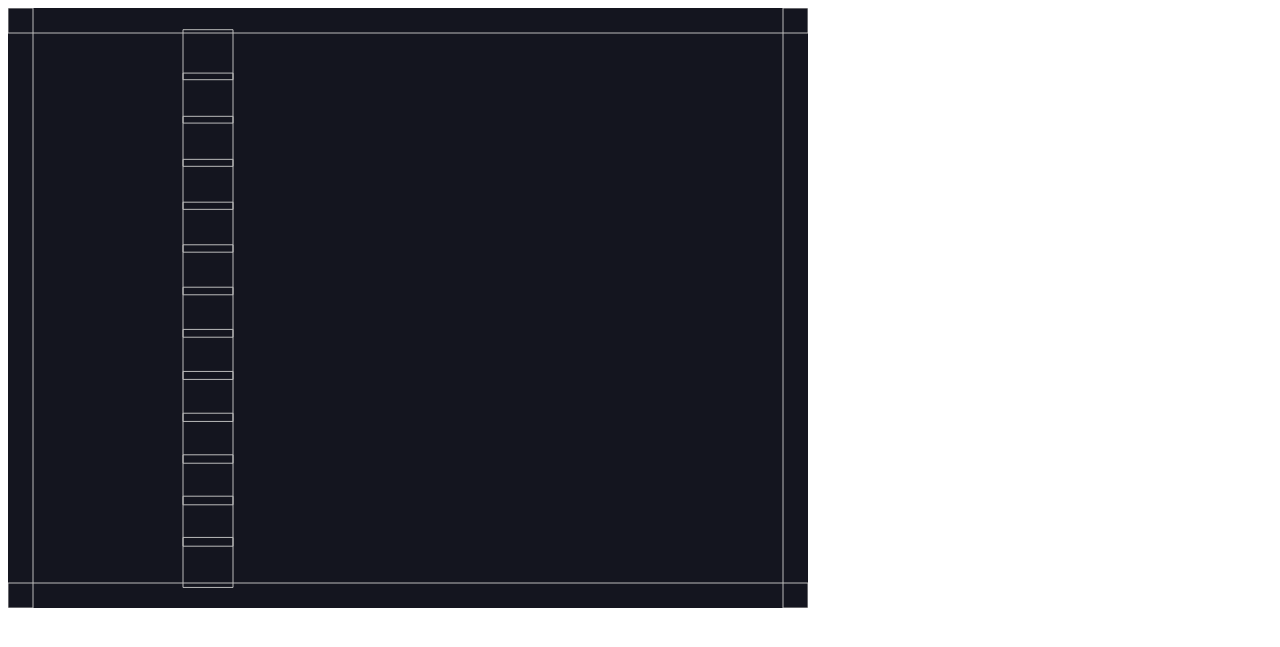
Repository: Sbethm/maze-runner
Page: index.html
An editor plug-in stored every save of this project. The page is shown before and after a run of saves, followed by the edit.
The browser window is 1280 px wide. The pictures show the whole page.
Some web libraries are served in a nearby version.

Above is the page before, as saved 2021-10-01 16:07:28.

After the next 2 saves:
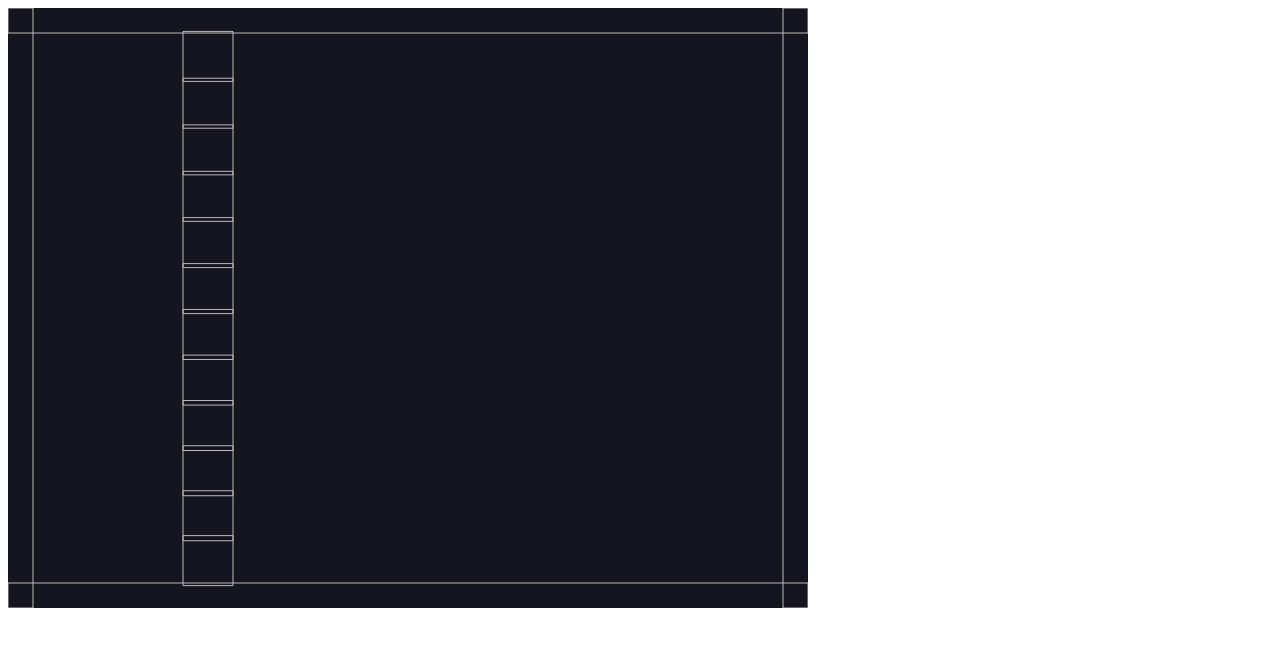
The 2 saves are shown as one change because they came seconds apart.
The last was saved 17 s later.
--- a/app.js
+++ b/app.js
@@ -20,10 +20,10 @@
 //====== Shapes
 const shape = [
     Bodies.rectangle(200, 200, 50, 50),
-    Bodies.rectangle(200, 200, 50, 50),
-    Bodies.rectangle(200, 200, 50, 50),
-    Bodies.rectangle(200, 200, 50, 50),
-    Bodies.rectangle(200, 200, 50, 50),
+    Bodies.rectangle(200, 300, 50, 50),
+    Bodies.rectangle(200, 400, 50, 50),
+    Bodies.rectangle(200, 500, 50, 50),
+    Bodies.rectangle(200, 600, 50, 50),
     Bodies.rectangle(200, 200, 50, 50),
     Bodies.rectangle(200, 200, 50, 50),
     Bodies.rectangle(200, 200, 50, 50),

After the 2 saves that followed:
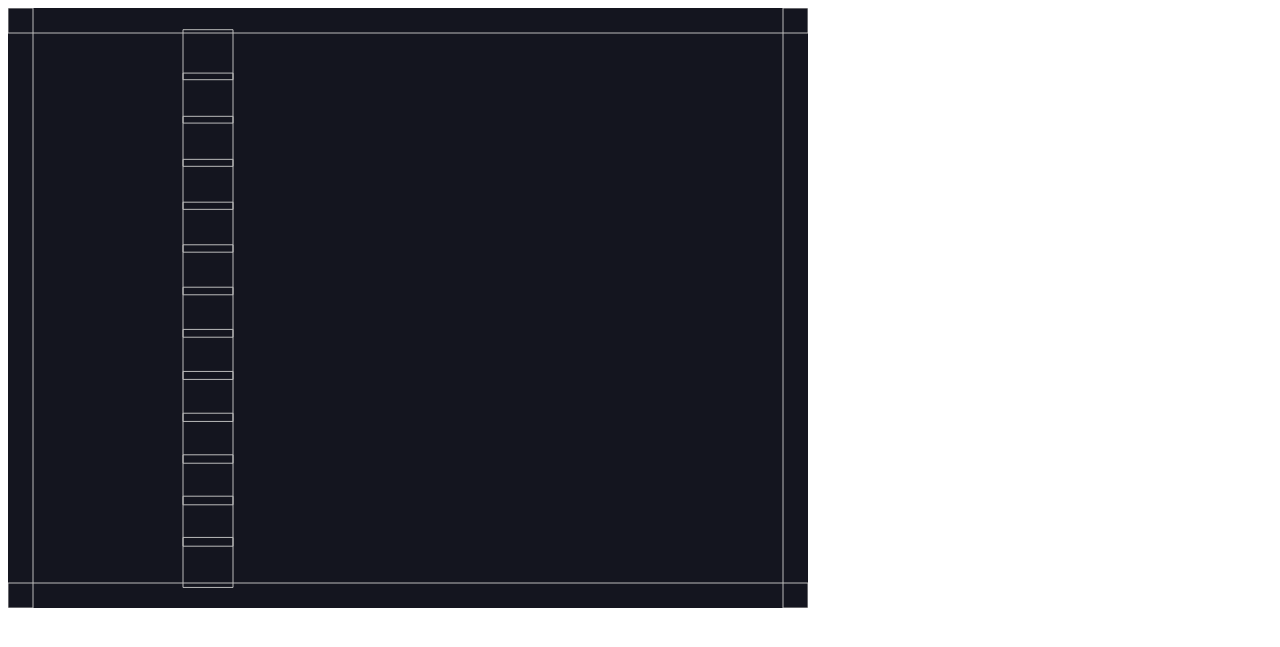
The 2 saves are shown as one change because they came seconds apart.
The last was saved 16 s later.
--- a/app.js
+++ b/app.js
@@ -20,10 +20,10 @@
 //====== Shapes
 const shape = [
     Bodies.rectangle(200, 200, 50, 50),
-    Bodies.rectangle(200, 300, 50, 50),
-    Bodies.rectangle(200, 400, 50, 50),
-    Bodies.rectangle(200, 500, 50, 50),
-    Bodies.rectangle(200, 600, 50, 50),
+    Bodies.rectangle(200, 200, 50, 50),
+    Bodies.rectangle(200, 200, 50, 50),
+    Bodies.rectangle(200, 200, 50, 50),
+    Bodies.rectangle(200, 200, 50, 50),
     Bodies.rectangle(200, 200, 50, 50),
     Bodies.rectangle(200, 200, 50, 50),
     Bodies.rectangle(200, 200, 50, 50),
